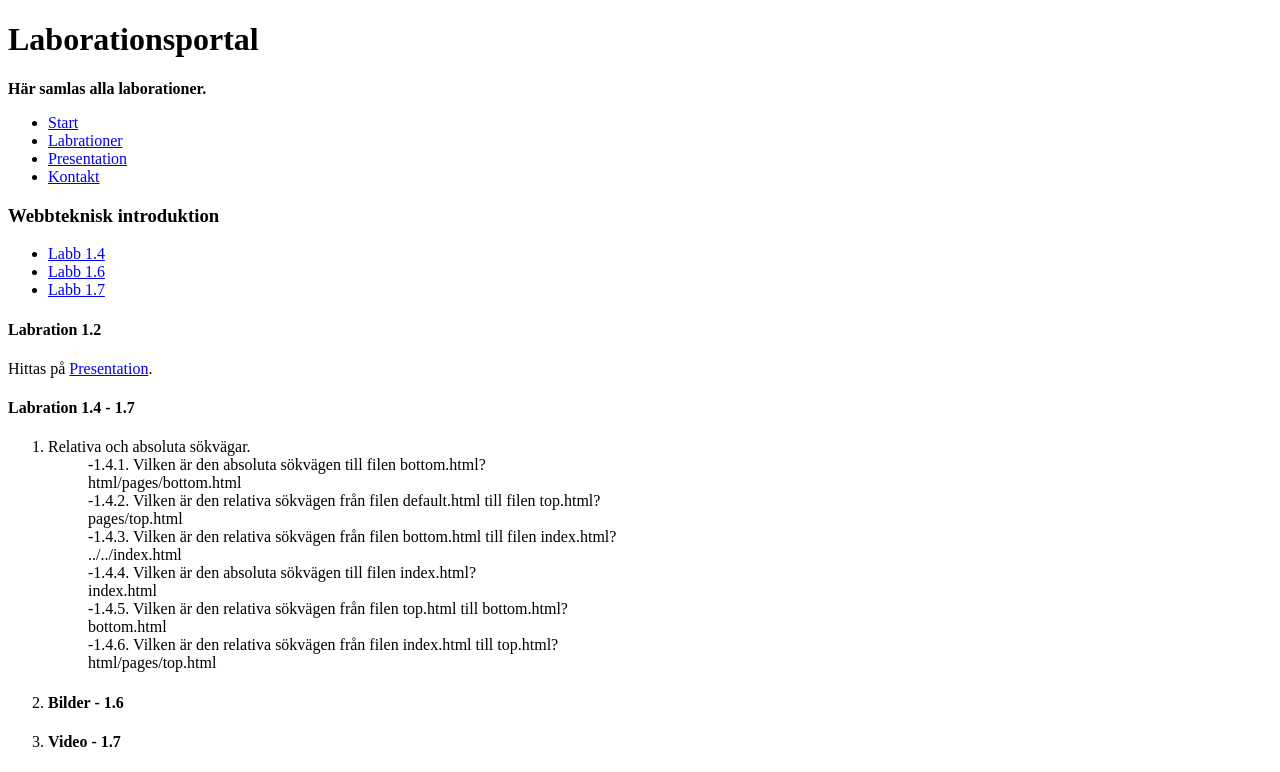
Repository: lw222gz/1ik415-laborationer
Page: Pages/labrationer.html
The author's editor kept a record of every edit. The page is drawn from the files as they stood at one moment, then again after the next edit.
The browser window is 1280 px wide. The pictures show the whole page.

Above is the page before.

After the next edit:
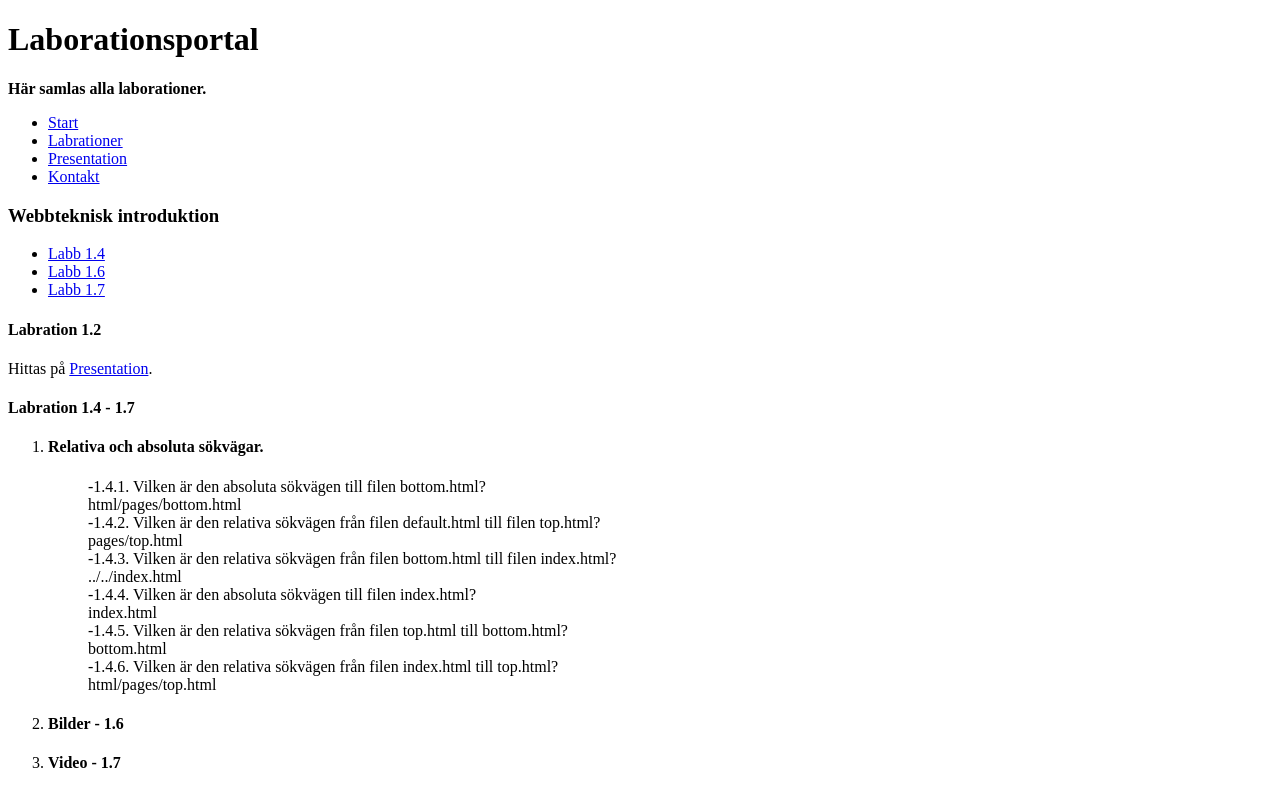
The edit:
--- a/Pages/labrationer.html
+++ b/Pages/labrationer.html
@@ -31,7 +31,7 @@
 
 <h4>Labration 1.4 - 1.7</h4>
 <ol>
-    <li><a id="1.4"></a>Relativa och absoluta sökvägar.
+    <li><a id="1.4"></a><h4>Relativa och absoluta sökvägar.</h4>
         <ul>-1.4.1. Vilken är den absoluta sökvägen till filen bottom.html?<br />
                 html/pages/bottom.html
         </ul>
